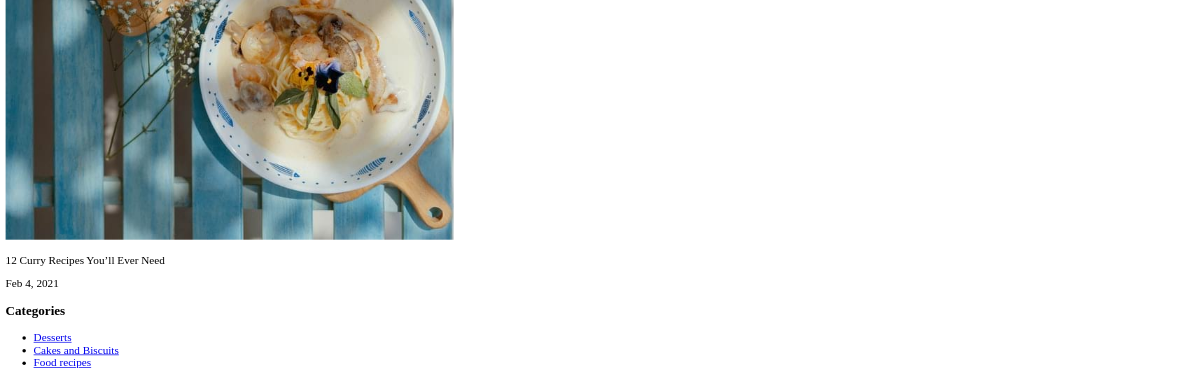
Repository: ngoctinvo/diner_project_cybersoft
Page: html/blog.html
These files come from the project's save history. The page is drawn as it stood at one moment and after the next save; the edit follows.
The browser window is 1280 px wide. The page is 1688 px wide, so the pictures cover 1688 px, including what lies to the right of the window. The pictures show the part of the page from y = 5038 to 6478 px (the page is 5582 px tall before and 6478 px after), at 70% of full size.

Above is the page before, as saved 2022-04-16 21:37:46.

### html/blog.html
<!DOCTYPE html>
<html lang="en">

<head>
    <meta charset="UTF-8">
    <meta http-equiv="X-UA-Compatible" content="IE=edge">
    <meta name="viewport" content="width=device-width, initial-scale=1.0">
    <title>Document</title>
</head>

<body>
    <header></header>
    <section class="blog">
        <div class="container">
            <div class="title"></div>
            <div class="row">
                <div class="left-posts">
                    <div class="list">
                        <div class="item">
                            <div class="img">
                                <button>Soup</button>
                                <span><i class="fa fa-clock"></i> 10 Min Cook</span>
                            </div>
                            <div class="content">
                                <h3>The Best Cookie Recipes To Bake This Weekend</h3>
                                <p>Lorem ipsum dolor sit amet consectetur adipisicing elit. Eos, fugiat.</p>
                            </div>
                            <div class="author">
                                <a href="#">
                                    <img src="../img/blog/team1.jpg" alt="">
                                    <span>Rashed Kabir</span>
                                </a>
                                <a href="#">Read More ></a>
                            </div>
                        </div>
                    </div>
                    <div class="control-btn"></div>
                </div>
                <div class="right-posts">
                    <div class="right-container">
                        <div class="item latest-recipes">
                            <h2>Lastest recipes</h2>
                            <div class="list">
                                <div class="item">
                                    <img src="../img/blog/banner1.jpg">
                                    <span>How to make capuccino</span>
                                </div>
                                <div class="item">
                                    <img src="../img/blog/banner1.jpg">
                                    <span>How to make capuccino</span>
                                </div>
                                <div class="item">
                                    <img src="../img/blog/banner1.jpg">
                                    <span>How to make capuccino</span>
                                </div>
                                <div class="item">
                                    <img src="../img/blog/banner1.jpg">
                                    <span>How to make capuccino</span>
                                </div>
                            </div>
                        </div>
                    </div>
                    <div class="item trending-posts">
                        <h3>Trending posts</h3>
                        <div class="list">
                            <div class="item">
                                <img src="../img/blog/g3.jpg" alt="">
                                <div class="info">
                                    <p>12 Curry Recipes You’ll Ever Need</p>
                                    <span>Feb 4, 2021</span>
                                </div>
                            </div>
                        </div>
                    </div>
                    <div class="item categories">
                        <h3>Categories</h3>
                        <ul>
                            <li>
                                <a href="#">Desserts</a>
                            </li>
                            <li>
                                <a href="#">Cakes and Biscuits</a>
                            </li>
                            <li>
                                <a href="#">Food recipes</a>
                            </li>

                        </ul>
                    </div>
                    <div class="item advertisement"></div>
                </div>
            </div>
        </div>
        </div>
    </section>
    <footer></footer>
</body>

</html>

After the next save:
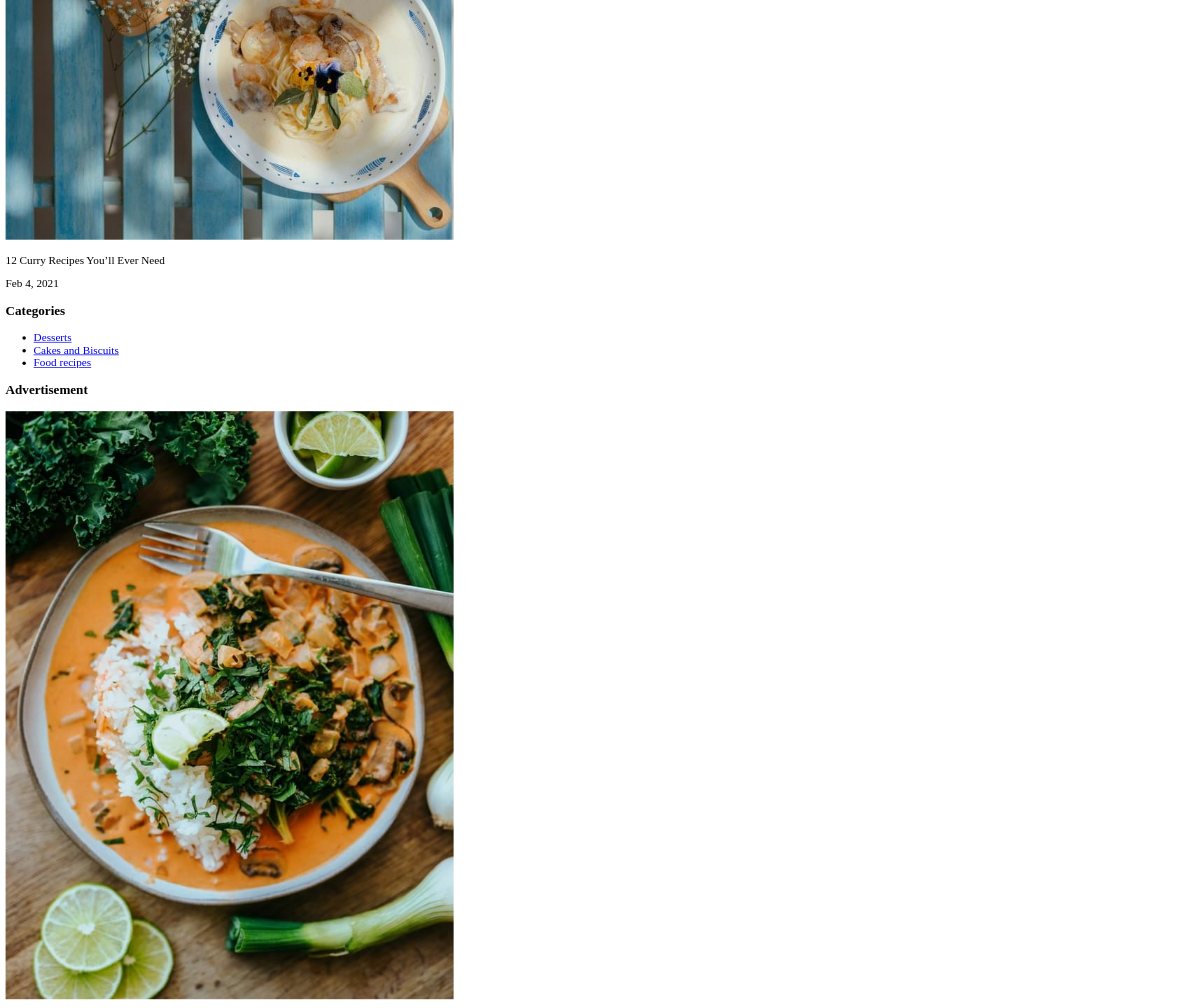
Saved 33 s later.
--- a/html/blog.html
+++ b/html/blog.html
@@ -87,7 +87,10 @@
 
                         </ul>
                     </div>
-                    <div class="item advertisement"></div>
+                    <div class="item advertisement">
+                        <h3>Advertisement</h3>
+                        <img src="../img/blog/g1.jpg" alt="">
+                    </div>
                 </div>
             </div>
         </div>
